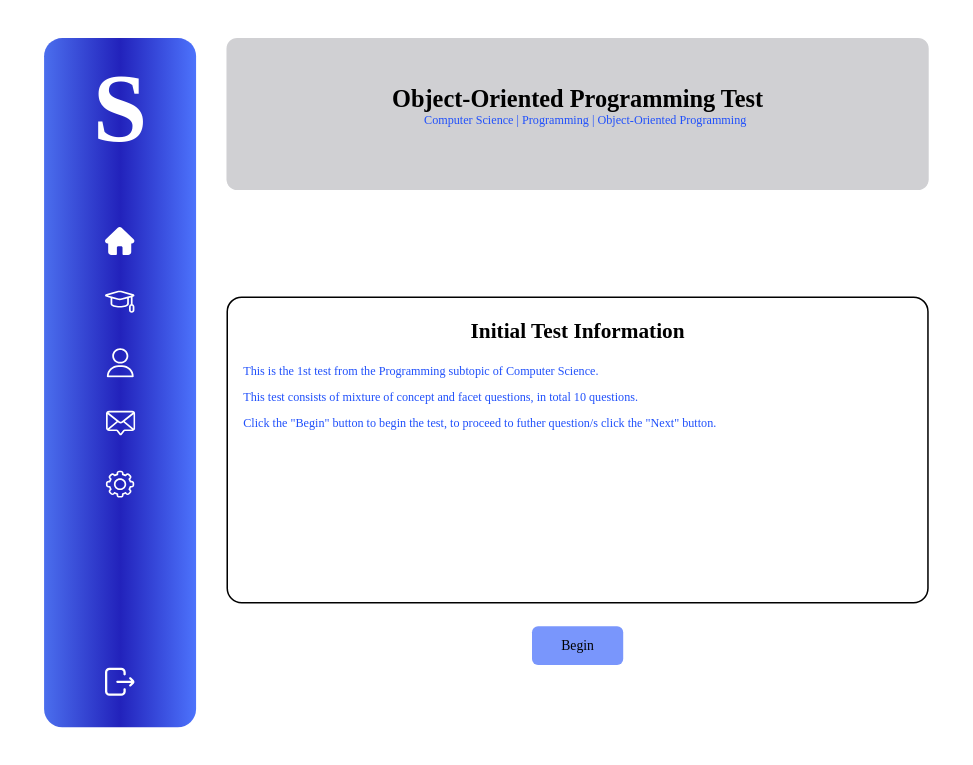
Repository: rafalzacher1/smartify-interface
Page: test.html
An editor plug-in stored every save of this project. The page is shown before and after a run of saves, followed by the edit.
The browser window is 1280 px wide. The pictures show the whole page, at 76% of full size.
Some web fonts or font styles are not loaded; a fallback is used.

Above is the page before, as saved 2022-06-30 19:55:19.

After the next 3 saves:
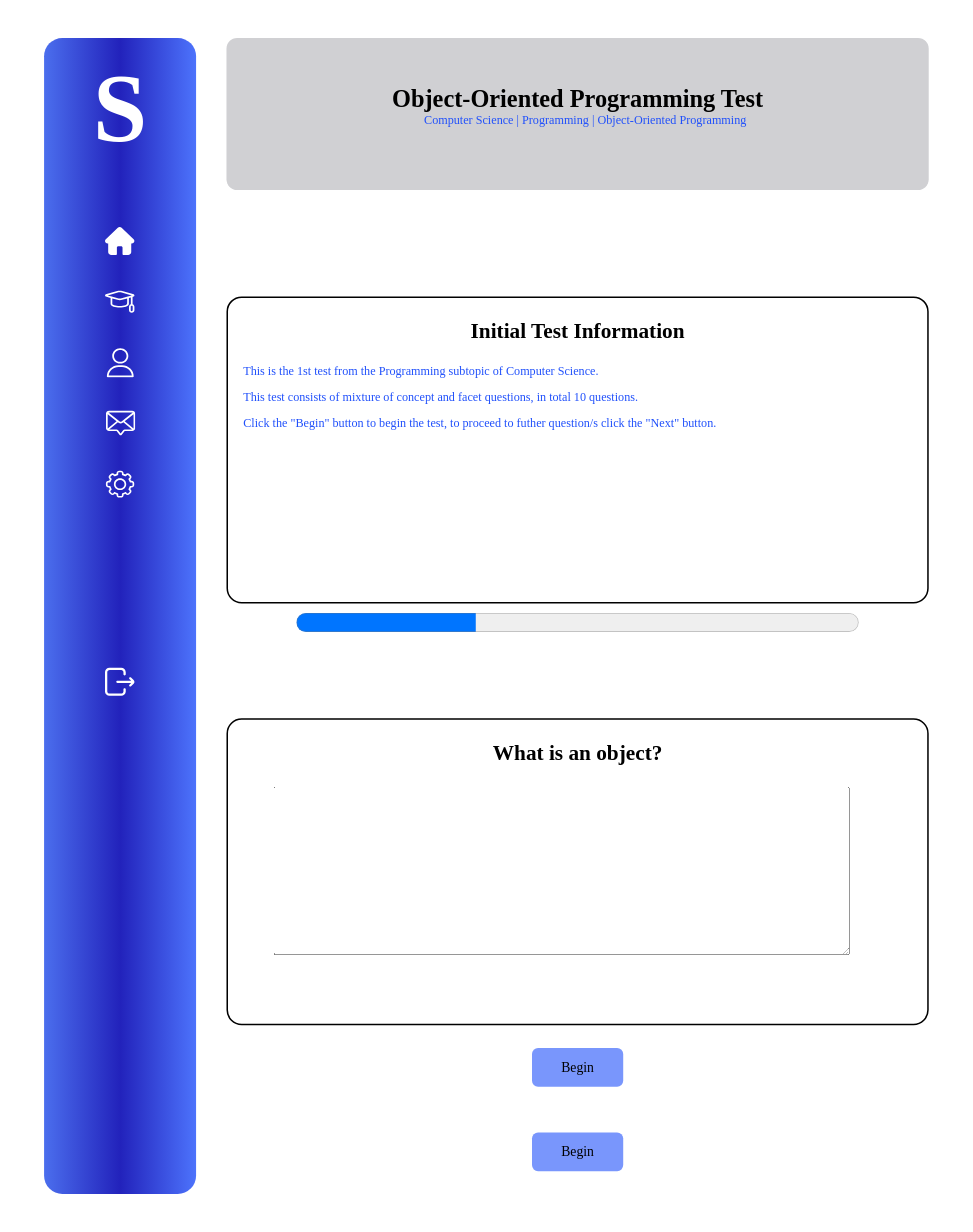
The 3 saves are shown as one change because they came seconds apart.
The last was saved 22 s later.
--- a/test.html
+++ b/test.html
@@ -88,7 +88,7 @@
                 </div>
             <!-- </template> -->
 
-            <template class="question">
+            <div class="question">
                 <div id="progress">
                     <progress id="questions" value="32" max="100"> 32% </progress>
                 </div>
@@ -103,7 +103,7 @@
                     <button id="question-button" class="question-option"
                         onclick="document.location='./topic.html'">Begin</button>
                 </div>
-            </template>
+            </div>
 
             <div id="progress-container">
                 <button id="question-button" class="question-option"
